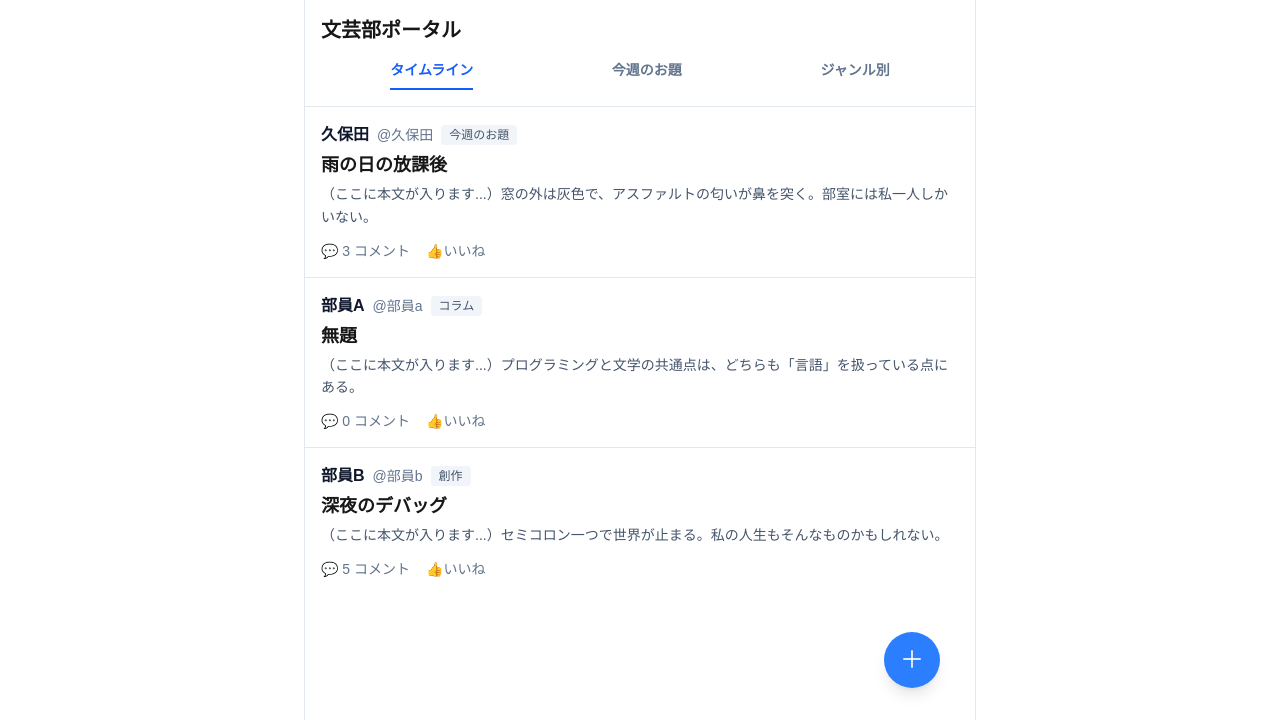
Repository: P-man2976/Literary-club-app
Page: /
An editor plug-in stored every save of this project. The page is shown before and after the next save, followed by the edit.
The browser window is 1280 px wide. The pictures show the whole page.
The project was rebuilt for these pictures with package versions that can differ from the ones it lists, and the page was loaded fresh each time. The framework's server and built-in components were replaced by stand-ins that run in the browser. Also part of the build but not shown: next.config.ts.

Above is the page before, as saved 2026-01-31 11:09:59.

After the next save:
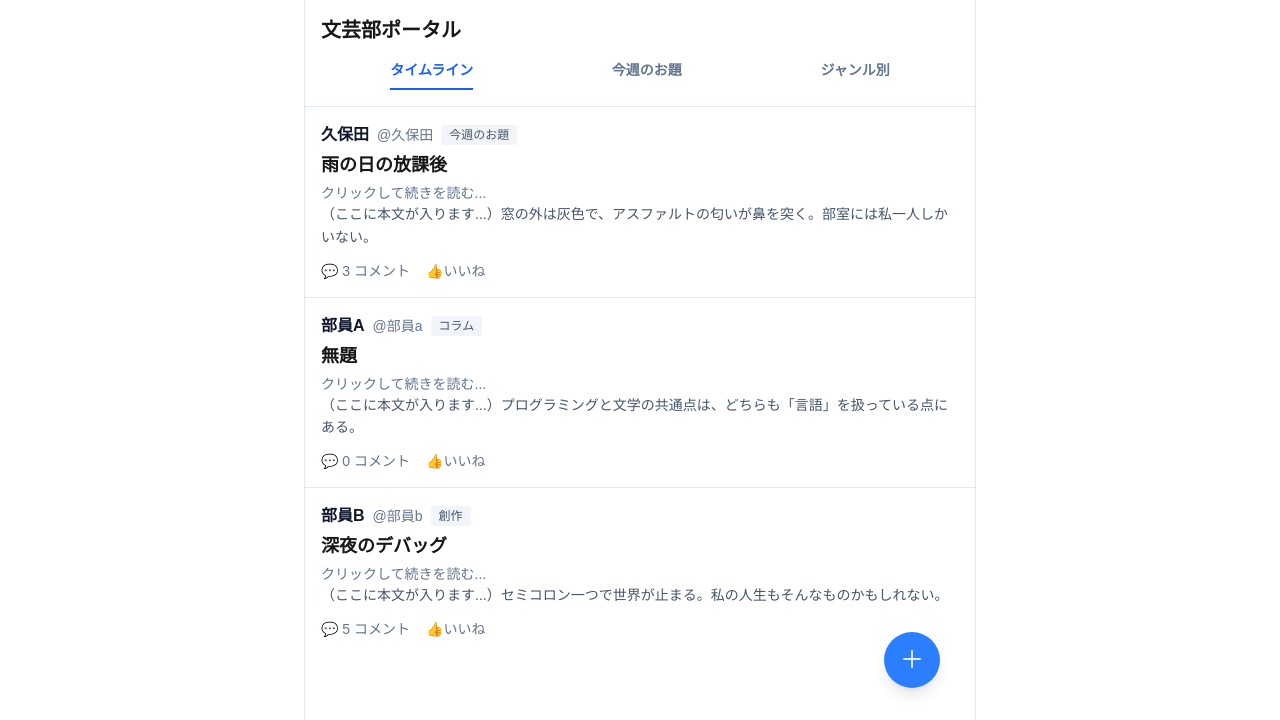
Saved 31 s later.
--- a/app/page.tsx
+++ b/app/page.tsx
@@ -42,6 +42,28 @@ export default function Home() {
               <span className="text-xs bg-slate-100 px-2 py-0.5 rounded text-slate-600">{post.tag}</span>
             </div>
             <h2 className="text-lg font-bold mb-1">{post.title}</h2>
+            {/* 🔽 Stateによって表示を切り替える部分 */}
+            {openPostId === post.id ? (
+              <div className="mt-4 p-4 bg-slate-100 rounded-lg border-l-4 border-blue-500 animate-in fade-in duration-300">
+                <p className="text-slate-800 whitespace-pre-wrap leading-relaxed">
+                  {post.body}
+                  {"\n\n"}(長い文章がここに流し込まれるイメージです...)
+                </p>
+                <div className="mt-4 pt-4 border-t border-slate-300">
+                  <p className="text-sm font-bold text-slate-500 mb-2">💬 コメント</p>
+                  <input
+                    type="text"
+                    placeholder="匿名でコメントする..."
+                    className="w-full p-2 text-sm border rounded"
+                    onClick={(e) => e.stopPropagation()} // 入力欄クリックで閉じないように
+                  />
+                </div>
+              </div>
+            ) : (
+              <p className="text-slate-500 line-clamp-1 text-sm">
+                クリックして続きを読む...
+              </p>
+            )}
             <p className="text-slate-600 line-clamp-3 text-sm leading-relaxed">
               {post.body}
             </p>
